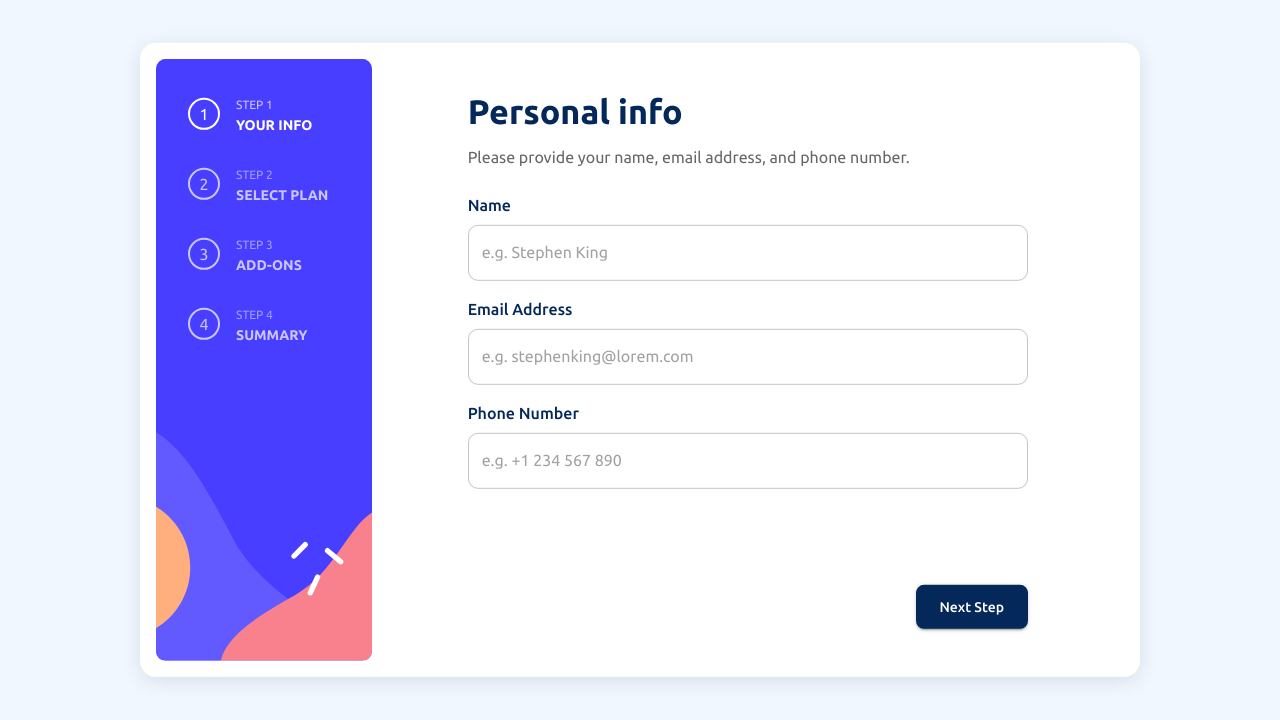
Repository: ozerrrs/chalange7days
Page: / (app in 7dayschalange/7dayschallange/)
The author's editor kept a copy of each file at every save. The page is drawn from the files as they stood at one save, then again after the next save.
The browser window is 1280 px wide. The pictures show the whole page.
The project was rebuilt for these pictures with package versions that can differ from the ones it lists, and the page was loaded fresh each time. Also part of the build but not shown: 7dayschalange/7dayschallange/vite.config.js.

Above is the page before, as saved 2025-03-05 14:43:51.

### 7dayschalange/7dayschallange/src/main.jsx
import * as React from "react";
import * as ReactDOM from "react-dom/client";
import { ThemeProvider } from "@mui/material/styles";
import { CssBaseline } from "@mui/material";
import theme from "./theme/theme";
import App from "./App";
import "./index.css";
ReactDOM.createRoot(document.getElementById("root")).render(
  <React.StrictMode>
    <ThemeProvider theme={theme}>
      <CssBaseline />
      <App />
    </ThemeProvider>
  </React.StrictMode>
);

### 7dayschalange/7dayschallange/src/theme/theme.jsx
import { createTheme } from "@mui/material/styles";

const theme = createTheme({
  typography: {
    fontFamily: "'Ubuntu', sans-serif",
    h4: {
      fontWeight: 700,
    },
    h2: {
      fontWeight: 500,
    },
  },
  components: {
    MuiCssBaseline: {
      styleOverrides: `
        body {
          background-color: #f0f7ff;
        }
      `,
    },
  },
});

export default theme;

### 7dayschalange/7dayschallange/src/App.jsx
import { Routes, Route, BrowserRouter } from "react-router-dom";
import FirstPage from "./pages/firstPage";
import "@fontsource/ubuntu/400.css"; // Regular
import "@fontsource/ubuntu/500.css"; // Medium
import "@fontsource/ubuntu/700.css"; // Bold
function App() {
  return (
    <BrowserRouter>
      <Routes>
        <Route path="/" element={<FirstPage />} />
        {/* <Route path="/about" element={<About />} />
          <Route path="/login" element={<Login />} />
          <Route path="/register" element={<Register />} /> */}
      </Routes>
    </BrowserRouter>
  );
}
export default App;

### 7dayschalange/7dayschallange/src/index.css
#root {
  height: 100vh;
  width: 100vw;
  background-color: #f0f7ff;
}

### 7dayschalange/7dayschallange/src/pages/firstPage.jsx
import React, { useState } from "react";
import {
  Box,
  TextField,
  Typography,
  Button,
  Stepper,
  Step,
  StepLabel,
  Paper,
  Container,
  Grid,
  CssBaseline,
} from "@mui/material";
import { styled, ThemeProvider } from "@mui/material/styles";
// Import the background image for the sidebar
import backgroundNav from "../assets/bg-sidebar-desktop.svg"; // Adjust the path as needed

const FormContainer = styled(Paper)(({ theme }) => ({
  padding: theme.spacing(2),
  borderRadius: 16,
  boxShadow: "0px 4px 20px rgba(0, 0, 0, 0.1)",
  display: "flex",
  overflow: "hidden",
  minWidth: 1000,
  margin: "0 auto",
  position: "absolute",
  top: "50%",
  left: "50%",
  transform: "translate(-50%, -50%)",
}));

const SideBar = styled(Box)(({ theme }) => ({
  padding: theme.spacing(4),
  borderRadius: "10px 10px 10px 10px",
  color: "white",
  width: 274,
  position: "relative",
  overflow: "hidden",
  background: "none",
  minHeight: 568,
}));

const ContentArea = styled(Box)(({ theme }) => ({
  paddingLeft: theme.spacing(12),
  paddingRight: theme.spacing(12),
  paddingTop: theme.spacing(4),
  paddingBottom: theme.spacing(4),
  width: "100%",
}));

const NextButton = styled(Button)(({ theme }) => ({
  backgroundColor: "#04285a",
  color: "white",
  borderRadius: 8,
  padding: "10px 24px",
  textTransform: "none", // This prevents uppercase text

  "&:hover": {
    backgroundColor: "#172b4d",
  },
}));
const StyledTextField = styled(TextField)(({ theme }) => ({
  marginBottom: theme.spacing(2),
  "& .MuiOutlinedInput-root": {
    borderRadius: "10px",
    "& fieldset": {
      borderRadius: "10px",
    },
  },
}));

const StepNumber = styled(Box)(({ theme }) => ({
  width: 32,
  height: 32,
  borderRadius: "50%",
  border: "2px solid white",
  display: "flex",
  alignItems: "center",
  justifyContent: "center",
  marginRight: theme.spacing(2),
}));

const StepItem = styled(Box)(({ theme, active }) => ({
  display: "flex",
  alignItems: "center",
  marginBottom: theme.spacing(3),
  opacity: active ? 1 : 0.7,
}));

const steps = [
  { label: "YOUR INFO", description: "Personal details" },
  { label: "SELECT PLAN", description: "Choose your plan" },
  { label: "ADD-ONS", description: "Add extra features" },
  { label: "SUMMARY", description: "Review your order" },
];

function MultiStepForm() {
  const [activeStep, setActiveStep] = useState(0);
  const [formData, setFormData] = useState({
    name: "",
    email: "",
    phone: "",
  });

  const handleInputChange = (e) => {
    const { name, value } = e.target;
    setFormData({
      ...formData,
      [name]: value,
    });
  };

  const handleNext = () => {
    setActiveStep((prevActiveStep) => prevActiveStep + 1);
  };

  const handleBack = () => {
    setActiveStep((prevActiveStep) => prevActiveStep - 1);
  };

  const getStepContent = (step) => {
    switch (step) {
      case 0:
        return (
          <Box>
            <Typography
              variant="h4"
              gutterBottom
              fontWeight="bold"
              sx={{ color: "#04285a" }}
            >
              Personal info
            </Typography>
            <Typography color="textSecondary" paragraph>
              Please provide your name, email address, and phone number.
            </Typography>

            <Box mt={3}>
              <Typography fontWeight={500} mb={1} sx={{ color: "#04285a" }}>
                Name
              </Typography>
              <StyledTextField
                fullWidth
                placeholder="e.g. Stephen King"
                name="name"
                value={formData.name}
                onChange={handleInputChange}
                variant="outlined"
              />

              <Typography fontWeight={500} mb={1} sx={{ color: "#04285a" }}>
                Email Address
              </Typography>

              <StyledTextField
                fullWidth
                placeholder="e.g. stephenking@lorem.com"
                name="email"
                value={formData.email}
                onChange={handleInputChange}
                variant="outlined"
              />

              <Typography fontWeight={500} mb={1} sx={{ color: "#04285a" }}>
                Phone Number
              </Typography>

              <StyledTextField
                fullWidth
                placeholder="e.g. +1 234 567 890"
                name="phone"
                value={formData.phone}
                onChange={handleInputChange}
                variant="outlined"
                sx={{ mb: 8 }}
              />
            </Box>
          </Box>
        );
      case 1:
        return (
          <Box>
            <Typography
              variant="h4"
              gutterBottom
              fontWeight="bold"
              sx={{ color: "#04285a" }}
            >
              Select your plan
            </Typography>
            <Typography color="textSecondary" paragraph>
              You have the option of monthly or yearly billing.
            </Typography>

            {/* Plan selection content will go here */}
            <Box mt={3} sx={{ display: "flex", gap: 2 }}>
              {/* Example plan cards would go here */}
              <Paper
                sx={{
                  p: 2,
                  borderRadius: 2,
                  flex: 1,
                  border: "1px solid #ccc",
                }}
              >
                <Typography fontWeight="bold" sx={{ color: "#04285a" }}>
                  Arcade
                </Typography>
                <Typography color="textSecondary">$9/mo</Typography>
              </Paper>

              <Paper
                sx={{
                  p: 2,
                  borderRadius: 2,
                  flex: 1,
                  border: "1px solid #ccc",
                }}
              >
                <Typography fontWeight="bold" sx={{ color: "#04285a" }}>
                  Advanced
                </Typography>
                <Typography color="textSecondary">$12/mo</Typography>
              </Paper>

              <Paper
                sx={{
                  p: 2,
                  borderRadius: 2,
                  flex: 1,
                  border: "1px solid #ccc",
                }}
              >
                <Typography fontWeight="bold" sx={{ color: "#04285a" }}>
                  Pro
                </Typography>
                <Typography color="textSecondary">$15/mo</Typography>
              </Paper>
            </Box>
          </Box>
        );
      case 2:
        return (
          <Box>
            <Typography
              variant="h4"
              gutterBottom
              fontWeight="bold"
              sx={{ color: "#04285a" }}
            >
              Pick add-ons
            </Typography>
            <Typography color="textSecondary" paragraph>
              Add-ons help enhance your gaming experience.
            </Typography>
          </Box>
        );
      case 3:
        return (
          <Box>
            <Typography
              variant="h4"
              gutterBottom
              fontWeight="bold"
              sx={{ color: "#04285a" }}
            >
              Summary
            </Typography>
            <Typography color="textSecondary" paragraph>
              Please confirm your selections.
            </Typography>
          </Box>
        );
      default:
        return "Unknown step";
    }
  };

  return (
    <FormContainer>
      <SideBar>
        <Box
          sx={{
            position: "absolute",
            top: 0,
            left: 0,
            width: "100%",
            height: "100%",
            zIndex: 0,
          }}
        >
          <img
            src={backgroundNav}
            alt="background"
            style={{ width: "100%", height: "100%", objectFit: "cover" }}
          />
        </Box>
        <Box sx={{ position: "relative", zIndex: 1 }}>
          {steps.map((step, index) => (
            <StepItem key={index} active={activeStep === index}>
              <StepNumber>{index + 1}</StepNumber>
              <Box>
                <Typography variant="caption" sx={{ opacity: 0.7 }}>
                  STEP {index + 1}
                </Typography>
                <Typography variant="subtitle2" fontWeight="bold">
                  {step.label}
                </Typography>
              </Box>
            </StepItem>
          ))}
        </Box>
      </SideBar>

      <ContentArea>
        {getStepContent(activeStep)}

        <Box sx={{ display: "flex", justifyContent: "flex-end", mt: 4 }}>
          {activeStep !== 0 && (
            <Button onClick={handleBack} sx={{ mr: 1 }}>
              Back
            </Button>
          )}
          <NextButton variant="contained" onClick={handleNext}>
            Next Step
          </NextButton>
        </Box>
      </ContentArea>
    </FormContainer>
  );
}

export default MultiStepForm;

Loaded but not shown: 7dayschalange/7dayschallange/index.html (common file)

After the next save:
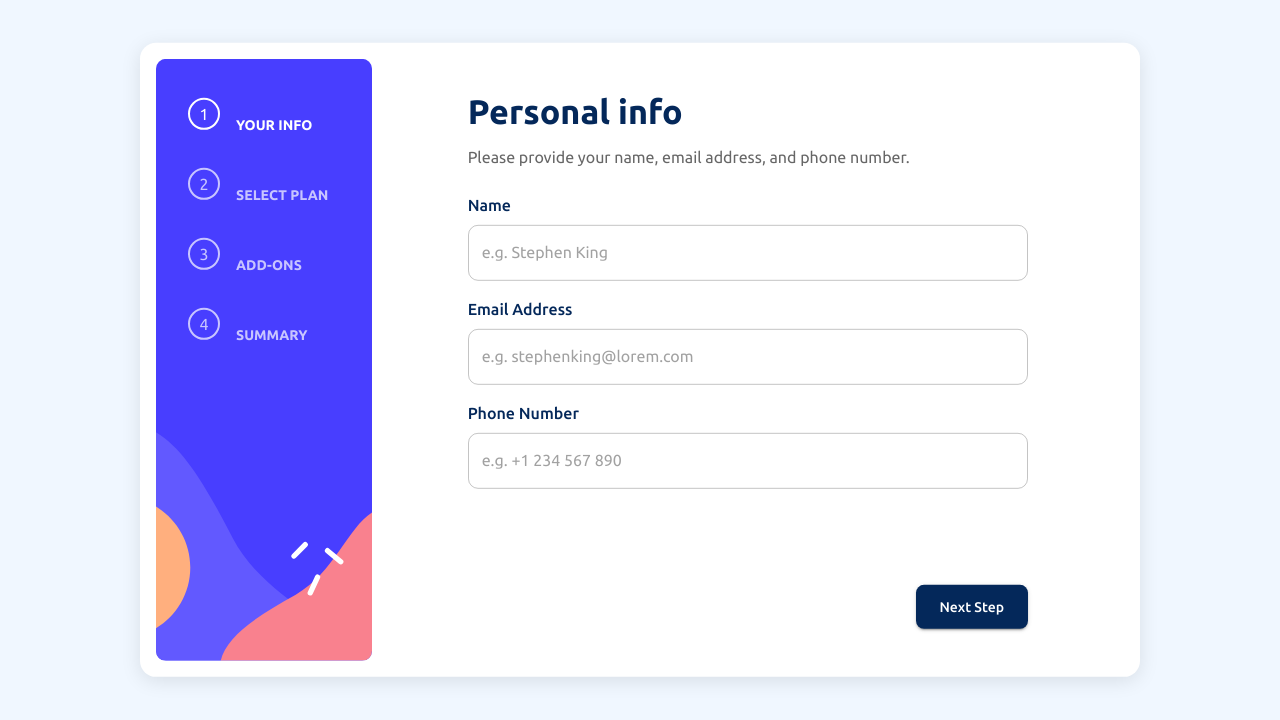
Saved 13 s later.
--- a/7dayschalange/7dayschallange/src/pages/firstPage.jsx
+++ b/7dayschalange/7dayschallange/src/pages/firstPage.jsx
@@ -301,7 +301,7 @@
             <StepItem key={index} active={activeStep === index}>
               <StepNumber>{index + 1}</StepNumber>
               <Box>
-                <Typography variant="caption" sx={{ opacity: 0.7 }}>
+                <Typography variant="caption" sx={{ opacity: 0 }}>
                   STEP {index + 1}
                 </Typography>
                 <Typography variant="subtitle2" fontWeight="bold">

After the save that followed:
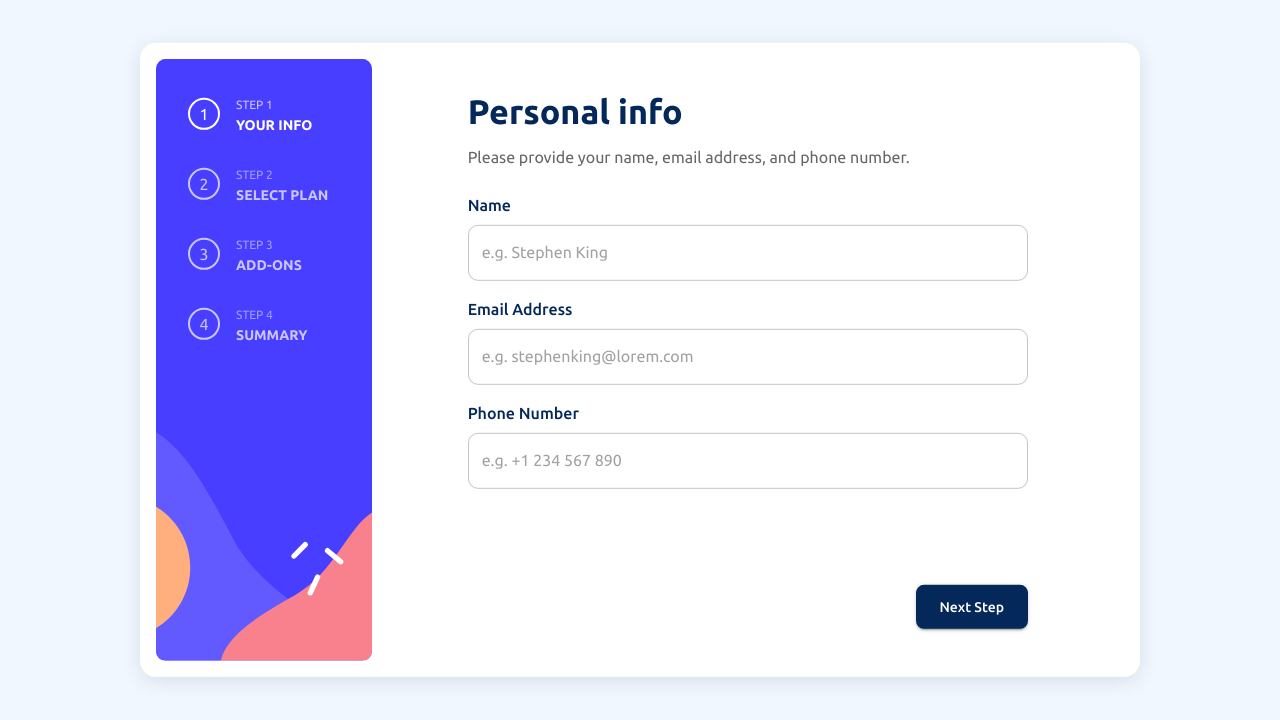
Saved 6 s later.
--- a/7dayschalange/7dayschallange/src/pages/firstPage.jsx
+++ b/7dayschalange/7dayschallange/src/pages/firstPage.jsx
@@ -301,7 +301,7 @@
             <StepItem key={index} active={activeStep === index}>
               <StepNumber>{index + 1}</StepNumber>
               <Box>
-                <Typography variant="caption" sx={{ opacity: 0 }}>
+                <Typography variant="caption" sx={{ opacity: 0.7 }}>
                   STEP {index + 1}
                 </Typography>
                 <Typography variant="subtitle2" fontWeight="bold">
